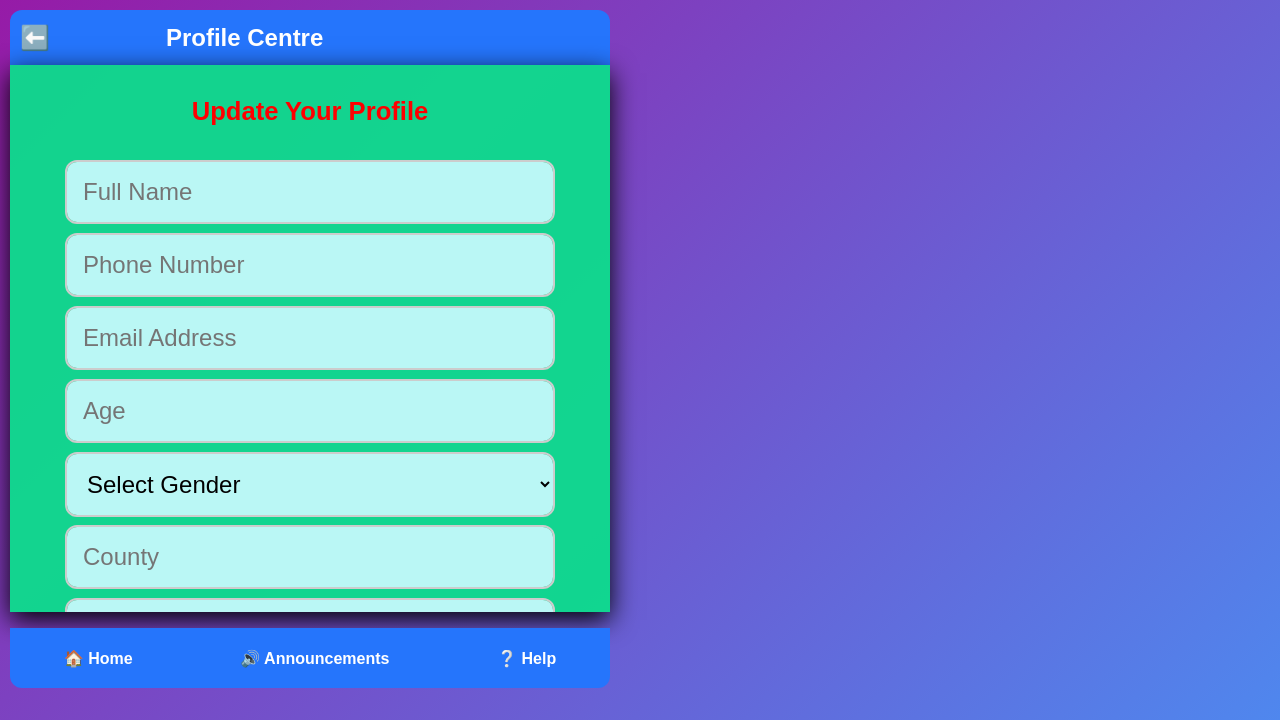
Repository: Amani-Kibet/express-app-web
Page: pages/profileCentre.html
These files come from the project's save history. The page is drawn as it stood at one moment and after the next save; the edit follows.
The browser window is 1280 px wide. The pictures show the whole page.
An inner scrolling area shows only its first screen.

Above is the page before, as saved 2025-10-08 15:27:41.

### pages/profileCentre.html
<!DOCTYPE html>
<html lang="en">
<head>
<meta charset="UTF-8">
<meta name="viewport" content="width=device-width, initial-scale=1.0">
<title>Profile Update</title>
<style>
* {
  margin: 0;
  padding: 0;
  box-sizing: border-box;
  font-family: 'Poppins', sans-serif;
}

/* ===== Body & Layout ===== */
body {
  display: flex;
  flex-direction: column;
  align-items: flex-start;
  justify-content: flex-start;
  width: 100%;
  height: 100vh;
  padding: 10px;
  background: linear-gradient(135deg, #961ba7ff, #4f87eeff);
}

/* ===== Top Bar ===== */
.top-bar-log {
  width: 100%;
  max-width: 600px;
  height: 55px;
  background: #2575fc;
  color: white;
  display: flex;
  align-items: center;
  justify-content: center;
  font-weight: bold;
  font-size: 1.5rem;
  border-top-left-radius: 12px;
  border-top-right-radius: 12px;
  padding: 0 10px;
  margin-bottom: 1rem;
}

/* ===== Form Container ===== */
#board {
  width: 100%;
  max-width: 600px;
  display: flex;
  flex-direction: column;
  align-items: center;
  flex: 1;
  overflow-y: auto;
  padding: 2rem 0;
  box-shadow: 0 8px 25px black;
  background: rgba(13, 221, 141, 0.95);
  max-height: 76vh
}

form {
  width: 90%;
  display: flex;
  flex-direction: column;
  align-items: center;
}
h2{
  color: red;
  font-size: 1.6rem;
  margin-bottom: 5%;
}
/* ===== Inputs ===== */
.inputs {
  width: 90%;
  padding: 1rem;
  margin: 0.4rem 0;
  border-radius: 10px;
  font-size: clamp(1rem, 3vw, 1.5rem);
  background-color: rgba(186, 247, 245, 1);
  border: none;
  outline: 2px solid #ccc;
  transition: 0.3s;
}

.inputs:focus {
  outline: 3px solid #2575fc;
  background-color: #ffffffff;
}

/* ===== Submit Button ===== */
#submit {
  background: rgba(216, 202, 13, 1);
  width: 70%;
  padding: 1rem;
  margin-top: 2rem;
  border-radius: 20px;
  font-size: clamp(1rem, 3vw, 1.5rem);
  font-weight: bold;
  border: none;
  cursor: pointer;
  transition: 0.3s;
  outline: 1px groove red;
}

#submit:hover {
  background: linear-gradient(90deg, #09319e, #5abfee);
  transform: scale(0.95);
}
.top-bar-prof {
  width: 100%;
  max-width: 600px;
  height: 55px;
  background: #2575fc;
  color: white;
  display: flex;
  align-items: center;
  font-weight: bold;
  font-size: 1.5rem;
  border-top-left-radius: 12px;
  border-top-right-radius: 12px;
  padding: 0 10px;
}
/* ===== Bottom Bar ===== */
.bottom-bar-prof {
  width: 100%;
  max-width: 600px;
  height: 60px;
  background: #2575fc;
  color: white;
  display: flex;
  align-items: center;
  justify-content: space-around;
  font-size: 1rem;
  border-bottom-left-radius: 12px;
  border-bottom-right-radius: 12px;
  margin-top: 1rem;
}

.bottom-bar-prof a {
  color: white;
  text-decoration: none;
  font-weight: bold;
  transition: 0.3s;
}

.bottom-bar-prof a:hover {
  color: yellow;
}

/* ===== File Inputs Grid ===== */
.file-inputs {
  display: grid;
  grid-template-columns: repeat(auto-fit, minmax(100px, 1fr));
  gap: 12px;
  width: 90%;
  margin-top: 0.5rem;
}

.file-inputs input {
  background: rgba(186, 247, 245, 1);
  padding: 10px;
  border-radius: 10px;
  cursor: pointer;
}
</style>
</head>
<body>

<!-- Top Bar -->
<div class="top-bar-prof">
  <div class="back-btn" onclick="window.location.href='/pages/chat.html'" style="margin-right: 20%">⬅️</div>
  Profile Centre
</div>

<!-- Form Board -->
<div id="board">
  <h2>Update Your Profile</h2>
  <form id="profileForm" enctype="multipart/form-data">
    <input type="text" name="name" placeholder="Full Name" class="inputs" required>
    <input type="tel" name="phone" placeholder="Phone Number" class="inputs" required>
    <input type="email" name="email" placeholder="Email Address" class="inputs" required>
    <input type="number" name="age" placeholder="Age" class="inputs" min="10" max="100" required>
    <select name="gender" class="inputs" required>
      <option value="">Select Gender</option>
      <option>Male</option>
      <option>Female</option>
      <option>Other</option>
    </select>
    <input type="text" name="county" placeholder="County" class="inputs" required>

    <!-- New Password Fields -->
    <input type="password" name="password" placeholder="New Password" class="inputs" id="password">
    <input type="password" name="confirmPassword" placeholder="Confirm Password" class="inputs" id="confirmPassword">
    <label style="color:red; margin-top:1rem;">Post up to 6 Photos</label>
    <div class="file-inputs">
      <input type="file" name="photos" accept="image/*">
      <input type="file" name="photos" accept="image/*">
      <input type="file" name="photos" accept="image/*">
      <input type="file" name="photos" accept="image/*">
      <input type="file" name="photos" accept="image/*">
      <input type="file" name="photos" accept="image/*">
    </div>

    <button type="submit" id="submit">Save Profile</button>
  </form>
</div>

<!-- Bottom Bar -->
<div class="bottom-bar-prof">
  <a href="/pages/chat.html">🏠 Home</a>
  <a href="#">🔊 Announcements</a>
  <a href="/pages/help.html">❔ Help</a>
</div>

<script>
const form = document.getElementById('profileForm');
form.addEventListener('submit', async (e) => {
  e.preventDefault();

  const password = document.getElementById('password').value;
  const confirmPassword = document.getElementById('confirmPassword').value;

  if(password && password !== confirmPassword){
    alert("Passwords do not match!");
    return;
  }

  const formData = new FormData(form);
  try {
    const res = await fetch('/update-profile', {
      method: 'POST',
      body: formData
    });
    const data = await res.json();
    alert(data.message || "Profile updated successfully!");
  } catch (err) {
    console.error(err);
    alert("Upload failed. Try again!");
  }
});
</script>

</body>
</html>

After the next save:
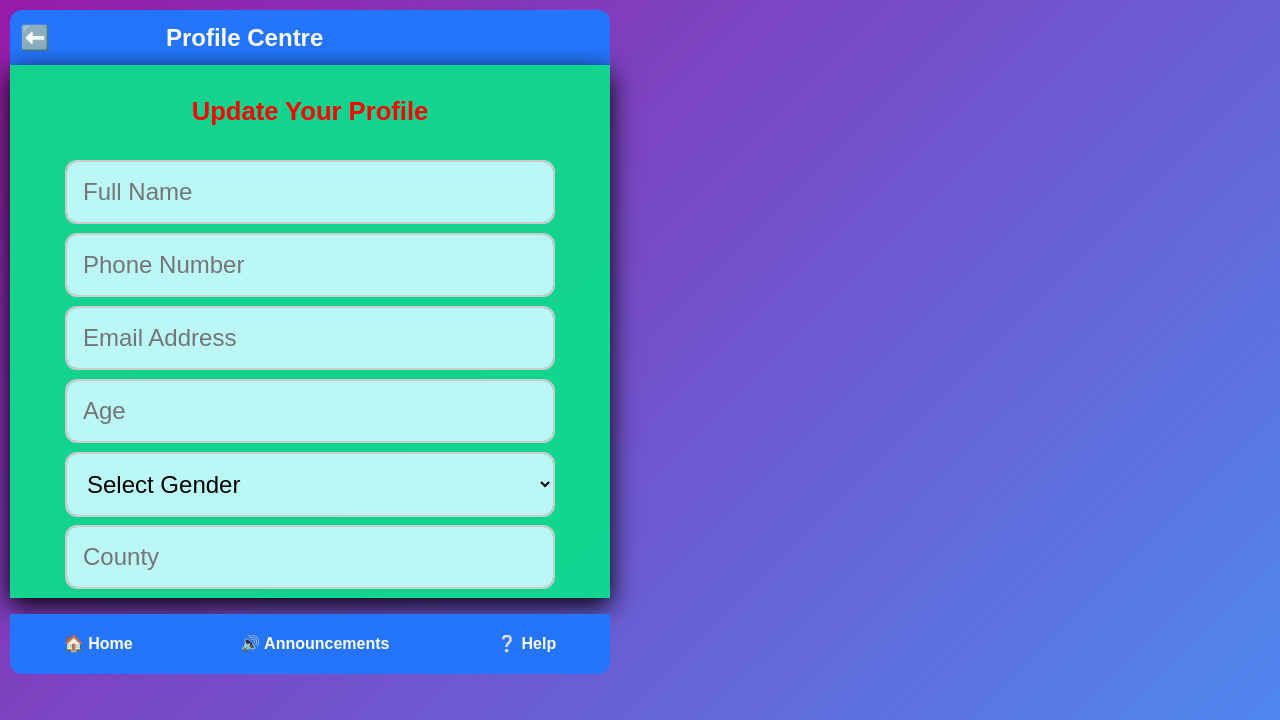
Saved 7 s later.
--- a/pages/profileCentre.html
+++ b/pages/profileCentre.html
@@ -54,7 +54,7 @@ body {
   padding: 2rem 0;
   box-shadow: 0 8px 25px black;
   background: rgba(13, 221, 141, 0.95);
-  max-height: 76vh
+  max-height: 74vh
 }
 
 form {
